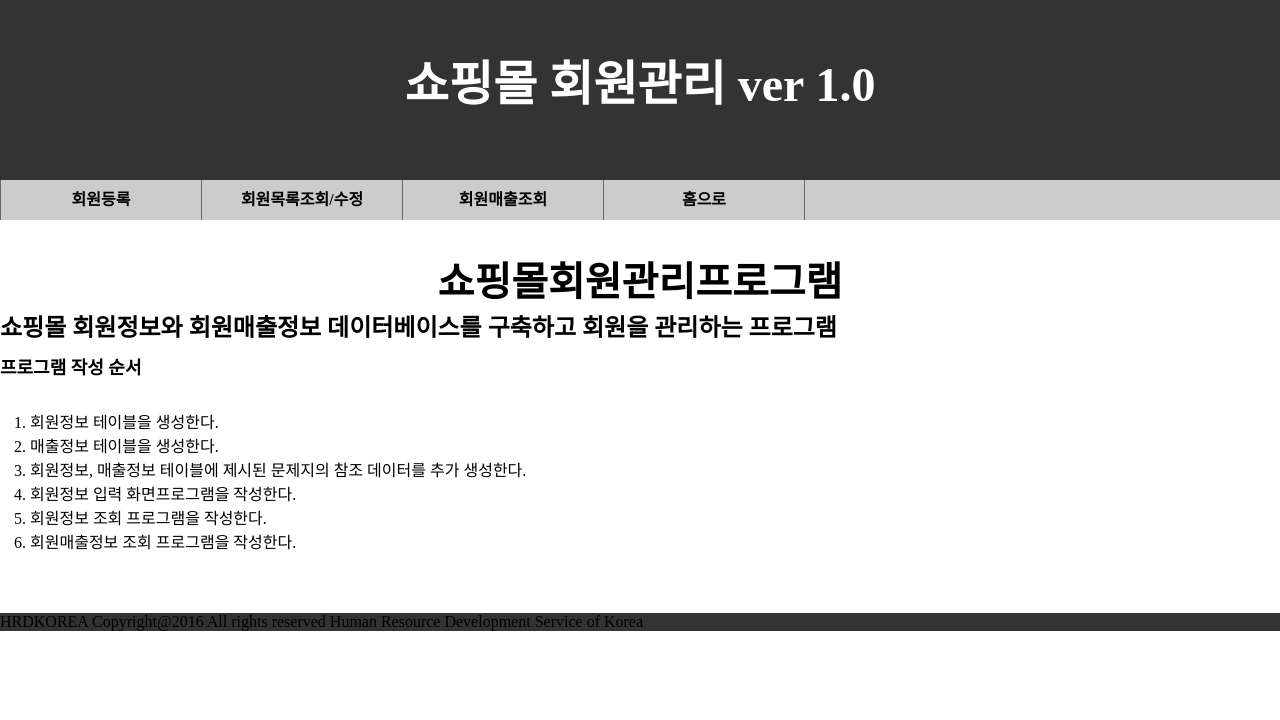
Repository: jsky1234/NCS
Page: http://localhost/HRD_1/admin.jsp
These files come from the project's save history. The page is drawn as it stood at one moment and after the next save; the edit follows.
The browser window is 1280 px wide. The pictures show the whole page.
The page is served by Tomcat 9. Other server files are loaded and not shown.

Above is the page before, as saved 2020-11-09 02:36:25.

### ncs1/HRD_1/WebContent/admin.jsp
<%@ page language="java" contentType="text/html; charset=UTF-8"
    pageEncoding="UTF-8"%>
<!DOCTYPE html>
<html>
<head>
<meta charset="UTF-8">
<title>관리자 모드로 로그인 중</title>
<style>
* { margin: 0; padding: 0; }
body, html { width: 100%; height: 100%; }
ul { list-style : none; }
a { text-decoration: none; }

button, label, input { outline: 0; border: 0; user-select: none; }
img { border: 0; }
ol { padding: 30px; }
.hd { clear: both; min-height: 180px; background-color: #333; }
.tit { font-size: 48px; text-align: center; line-height: 140px; color: #fff; padding-top: 15px;}
.gnb { clear: both; height: 40px; background-color: #cccccc; }
.gnb li { float: left; min-width: 120px; width: auto; }
.gnb a { display:block; text-align: center; line-height: 40px; width: 200px; height: 40px; color: #000000; font-weight: 700; border-left: 1px solid #666666; }
.gnb li:last-child { border-right: 1px solid #666666; }

.page { clear: both; padding: 30px 0 30px 0; }
.page_tit { text-align: center; font-size: 40px; }
.item_tit1 { font-size: 24px; }
.item_tit2 { font-size: 18px; margin-top: 10px;}

.ft_wrap { width: 100%; background-color: #333;}

</style>
</head>
<body>
<header class="hd">
	<h2 class="tit">쇼핑몰 회원관리 ver 1.0</h2>
</header>
<nav class="gnb">
	<ul>
		<li><a href="">회원등록</a></li>
		<li><a href="">회원목록조회/수정</a></li>
		<li><a href="">회원매출조회</a></li>
		<li><a href="">홈으로</a></li>
	</ul>
</nav>
<main class="content">
	<section class="page" id="page1">
		<h2 class="page_tit">쇼핑몰회원관리프로그램</h2>
		<div class="main_help">
			<h3 class="item_tit1">쇼핑몰 회원정보와 회원매출정보 데이터베이스를 구축하고 회원을 관리하는 프로그램</h3>
			<h3 class="item_tit2">프로그램 작성 순서</h3>
			<ol>
				<li>회원정보 테이블을 생성한다.</li>
				<li>매출정보 테이블을 생성한다.</li>
				<li>회원정보, 매출정보 테이블에 제시된 문제지의 참조 데이터를 추가 생성한다.</li>
				<li>회원정보 입력 화면프로그램을 작성한다.</li>
				<li>회원정보 조회 프로그램을 작성한다.</li>
				<li>회원매출정보 조회 프로그램을 작성한다.</li>
			</ol>
		</div>
	</section>
</main>
<footer class="ft">
	<div class="ft_wrap">
		<div class="admin_copy">
			<p class="copyright">HRDKOREA Copyright@2016 All rights reserved Human Resource Development Service of Korea</p>
		</div>
	</div>
</footer>
</body>
</html>

After the next save:
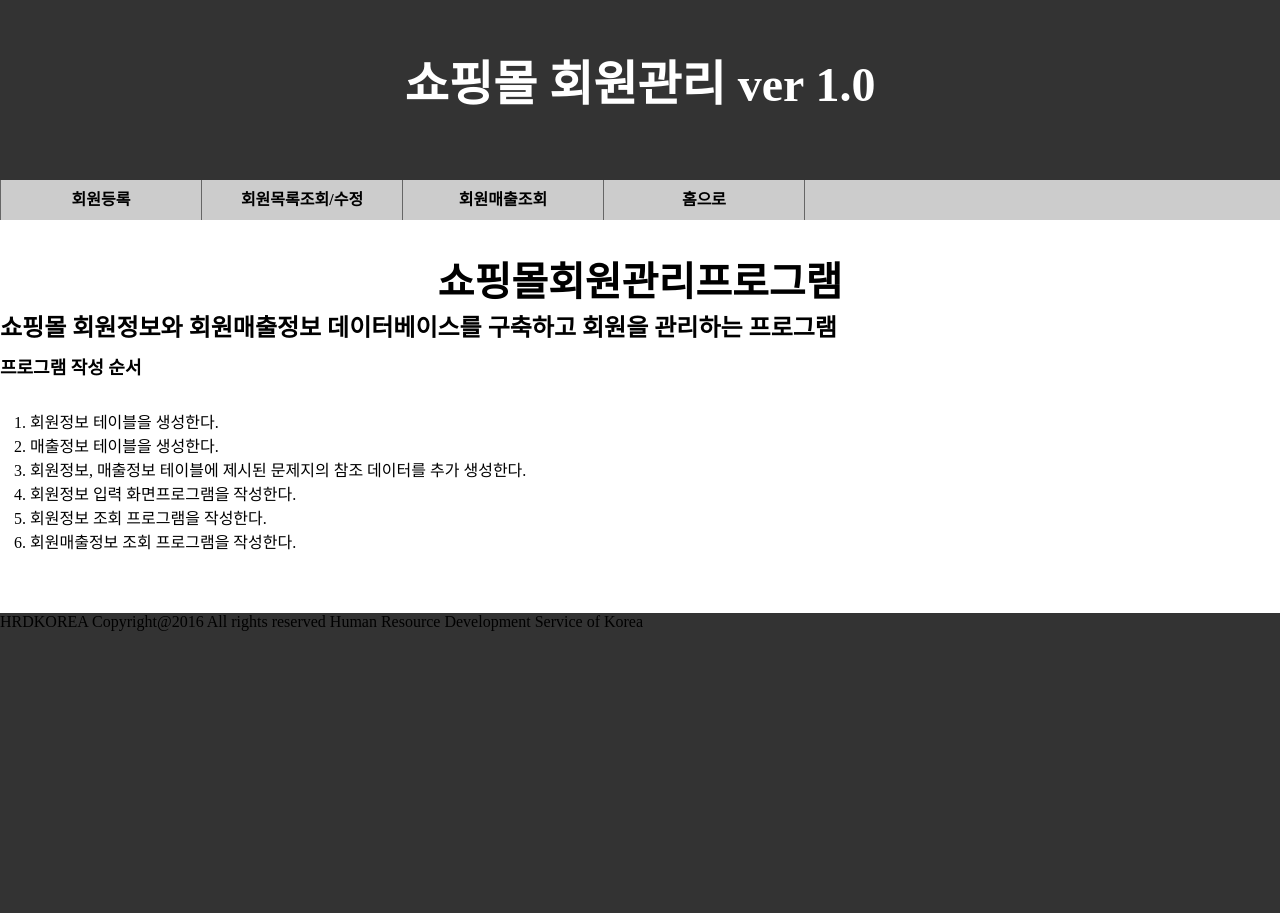
Saved 14 s later.
--- a/ncs1/HRD_1/WebContent/admin.jsp
+++ b/ncs1/HRD_1/WebContent/admin.jsp
@@ -26,7 +26,7 @@ ol { padding: 30px; }
 .item_tit1 { font-size: 24px; }
 .item_tit2 { font-size: 18px; margin-top: 10px;}
 
-.ft_wrap { width: 100%; background-color: #333;}
+.ft_wrap { width: 100%; height: 300px; background-color: #333; }
 
 </style>
 </head>
